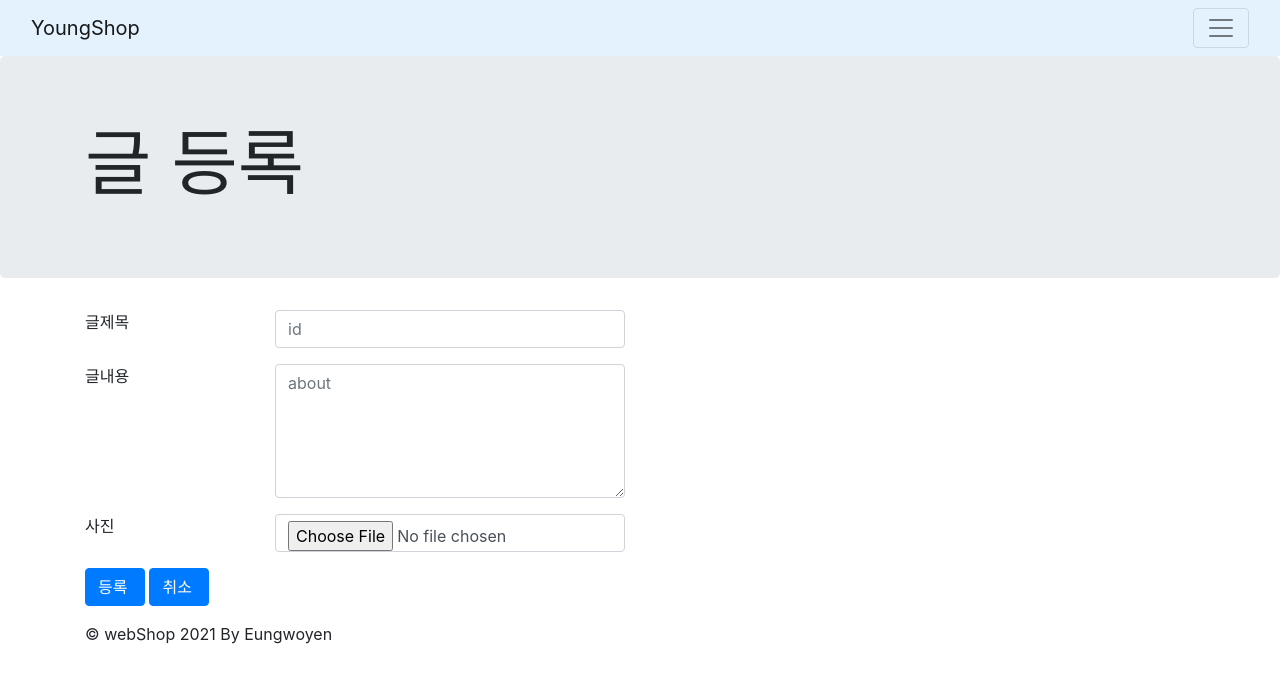
Repository: khss4008/JSP_project
Page: http://localhost/Webshop2/board/addBoard.jsp
An editor plug-in stored every save of this project. The page is shown before and after the next save, followed by the edit.
The browser window is 1280 px wide. The pictures show the whole page.
The page is served by Tomcat 9. Other server files are loaded and not shown.

Above is the page before, as saved 2021-11-05 02:14:28.
Console error: TypeError: Cannot read properties of undefined (reading 'fn')

### Webshop2/WebContent/board/addBoard.jsp
<%@ page language="java" contentType="text/html; charset=UTF-8"
    pageEncoding="UTF-8"%>
<!DOCTYPE html>
<html>
<head>
<meta charset="UTF-8">
<title>제품 등록</title>
</head>
<body>
   <jsp:include page="/header.jsp" />
   <div class="jumbotron">
      <div class="container">
         <h1 class="display-3">글 등록</h1>
      </div>
   </div>

   <div class="container">
      <form name="newProduct" class="form-horizontal"  action="addCheck.jsp" method="post" onsubmit="return checkForm()" enctype = "multipart/form-data">
         <div class="form-group  row">
            <label class="col-sm-2 ">글제목</label>
            <div class="col-sm-4">
               <input name="id" type="text" class="form-control" placeholder="id" >
            </div>
         </div>


          <div class="form-group  row">
            <label class="col-sm-2">글내용</label>
            <div class="col-sm-4">
               <textarea name = description rows = "5" cols = "20" class="form-control" placeholder = "about"></textarea>
            </div>
         </div>


          <div class="form-group  row">
            <label class="col-sm-2">사진</label>
            <div class="col-sm-4">
               <input name="filename" type="file" class="form-control">
            </div>
         </div>

        <div class="form-group  row">
            <div class="col-sm-offset-2 col-sm-10 ">
               <input type="submit" class="btn btn-primary " value="등록 " >
               <input type="reset" class="btn btn-primary " value="취소 " onclick="reset()" >
            </div>
         </div>


      </form>
   </div>

<%@ include file = "/footer.jsp" %>
</body>
</html>

### Webshop2/WebContent/footer.jsp
<footer class = "container">
	<p>&copy; webShop 2021 By Eungwoyen
</footer>

### Webshop2/WebContent/header.jsp
<%@ page language="java" contentType="text/html; charset=UTF-8"
    pageEncoding="UTF-8"%>

<link rel="stylesheet" href="https://stackpath.bootstrapcdn.com/bootstrap/4.3.1/css/bootstrap.min.css" integrity="sha384-ggOyR0iXCbMQv3Xipma34MD+dH/1fQ784/j6cY/iJTQUOhcWr7x9JvoRxT2MZw1T" crossorigin="anonymous">
<script src="https://stackpath.bootstrapcdn.com/bootstrap/4.3.1/js/bootstrap.min.js" integrity="sha384-JjSmVgyd0p3pXB1rRibZUAYoIIy6OrQ6VrjIEaFf/nJGzIxFDsf4x0xIM+B07jRM" crossorigin="anonymous"></script>


<nav class="navbar navbar-light" style="background-color: #e3f2fd;">
  <div class="container-fluid">
    <a class="navbar-brand" href="/">YoungShop</a>
    <button class="navbar-toggler" type="button" data-bs-toggle="collapse" data-bs-target="#navbarNavDropdown" aria-controls="navbarNavDropdown" aria-expanded="false" aria-label="Toggle navigation">
      <span class="navbar-toggler-icon"></span>
    </button>
    <div class="collapse navbar-collapse" id="navbarNavDropdown">
      <ul class="navbar-nav">
        <li class="nav-item dropdown">
          <a class="nav-link dropdown-toggle" href="#" id="navbarDropdownMenuLink" role="button" data-bs-toggle="dropdown" aria-expanded="false">
            	게시판
          </a>
          <ul class="dropdown-menu" aria-labelledby="navbarDropdownMenuLink">
            <li><a class="dropdown-item" href="/product/products.jsp">제품목록</a></li>
            <li><a class="dropdown-item" href="#">장바구니</a></li>
          </ul>
        </li>

        <li class="nav-item dropdown">
          <a class="nav-link dropdown-toggle" href="#" id="navbarDropdownMenuLink" role="button" data-bs-toggle="dropdown" aria-expanded="false">
            	회원관리
          </a>
          <ul class="dropdown-menu" aria-labelledby="navbarDropdownMenuLink">
            <li><a class="dropdown-item" href="/member/loginMember.jsp">로그인</a></li>
            <li><a class="dropdown-item" href="#">로그아웃</a></li>
            <li><a class="dropdown-item" href="/member/joinMember.jsp">회원가입</a></li>
            <li><a class="dropdown-item" href="#">회원탈퇴</a></li>
          </ul>
        </li>

        <li class="nav-item dropdown">
          <a class="nav-link dropdown-toggle" href="#" id="navbarDropdownMenuLink" role="button" data-bs-toggle="dropdown" aria-expanded="false">
            	관리자
          </a>
          <ul class="dropdown-menu" aria-labelledby="navbarDropdownMenuLink">
            <li><a class="dropdown-item" href="/product/addProduct.jsp">제품등록</a></li>
            <li><a class="dropdown-item" href="/member/listMember.jsp">회원관리</a></li>

          </ul>
        </li>

      </ul>
    </div>
  </div>
</nav>

<script src="https://cdn.jsdelivr.net/npm/bootstrap@5.1.3/dist/js/bootstrap.bundle.min.js" integrity="sha384-ka7Sk0Gln4gmtz2MlQnikT1wXgYsOg+OMhuP+IlRH9sENBO0LRn5q+8nbTov4+1p" crossorigin="anonymous"></script>

After the next save:
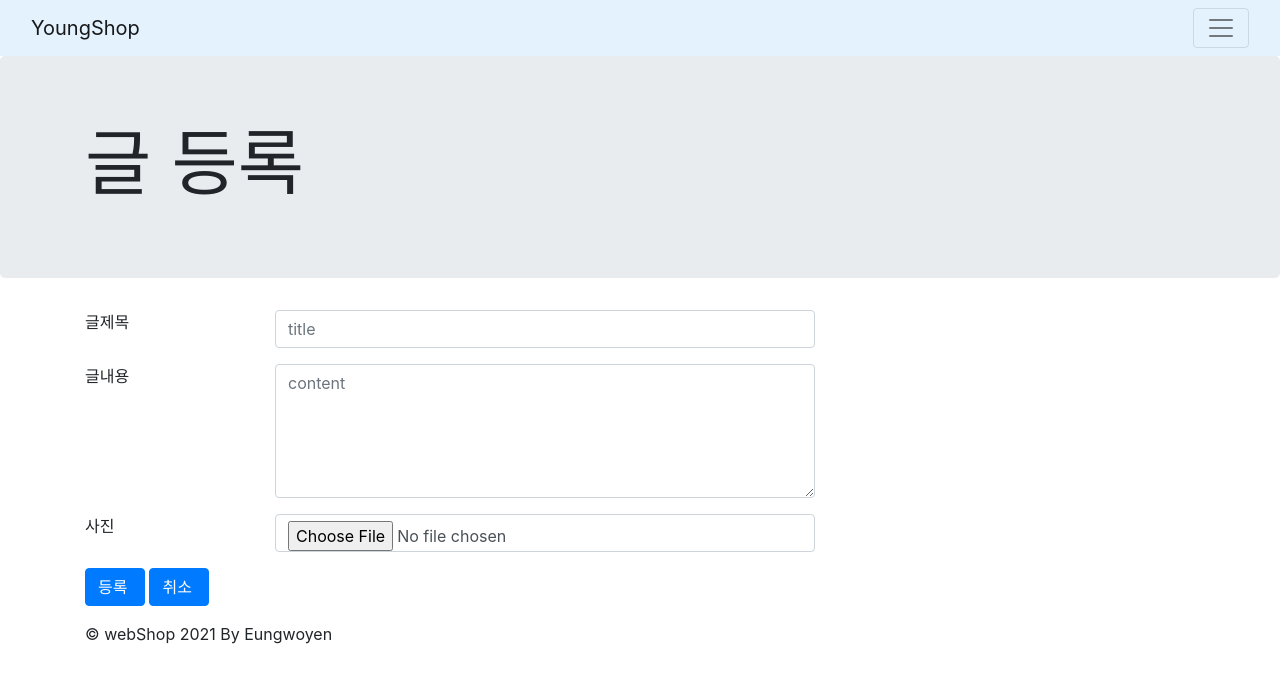
Saved 57 s later.
--- a/Webshop2/WebContent/board/addBoard.jsp
+++ b/Webshop2/WebContent/board/addBoard.jsp
@@ -18,23 +18,23 @@
       <form name="newProduct" class="form-horizontal"  action="addCheck.jsp" method="post" onsubmit="return checkForm()" enctype = "multipart/form-data">
          <div class="form-group  row">
             <label class="col-sm-2 ">글제목</label>
-            <div class="col-sm-4">
-               <input name="id" type="text" class="form-control" placeholder="id" >
+            <div class="col-sm-6">
+               <input name="id" type="text" class="form-control" placeholder="title" >
             </div>
          </div>
 
 
           <div class="form-group  row">
             <label class="col-sm-2">글내용</label>
-            <div class="col-sm-4">
-               <textarea name = description rows = "5" cols = "20" class="form-control" placeholder = "about"></textarea>
+            <div class="col-sm-6">
+               <textarea name = description rows = "5" cols = "20" class="form-control" placeholder = "content"></textarea>
             </div>
          </div>
 
 
           <div class="form-group  row">
             <label class="col-sm-2">사진</label>
-            <div class="col-sm-4">
+            <div class="col-sm-6">
                <input name="filename" type="file" class="form-control">
             </div>
          </div>
